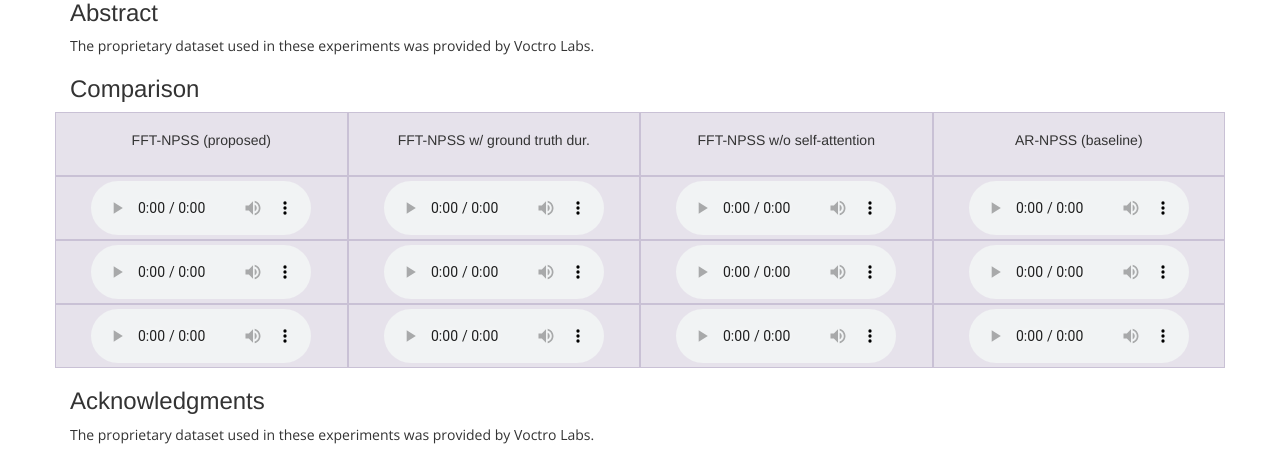
Repository: PeterGuoRuc/SVS_pe.github.io
Page: index.html
These files come from the project's save history. The page is drawn as it stood at one moment and after the next save; the edit follows.
The browser window is 1280 px wide. The pictures show the part of the page from y = 579 to 1114 px (the page is 1034 px tall before and 1114 px after).
A picture or video elsewhere on the page could not be fetched, so the positions and the page height are approximate.

Above is the page before, as saved 2021-06-06 16:34:32.

### index.html
<!DOCTYPE html>
<html lang="en">
  <head>
    <meta charset="utf-8">
    <meta http-equiv="X-UA-Compatible" content="IE=edge">
    <meta name="viewport" content="width=device-width, initial-scale=1">
    <meta name="description" content="">
    <meta name="author" content="">
    <link rel="shortcut icon" type="image/x-icon" href="../favicon.ico">

    <title>SEQUENCE-TO-SEQUENCE SINGING VOICE SYNTHESIS WITH PERCEPTUAL ENTROPY LOSS</title>

    <!-- Fonts -->
    <link href="https://fonts.googleapis.com/css?family=Abril+Fatface|Open+Sans" rel="stylesheet">

    <!-- Bootstrap core CSS -->
    <!--<link href="bootstrap/dist/css/bootstrap.min.css" rel="stylesheet">-->
    <link href="https://maxcdn.bootstrapcdn.com/bootstrap/3.3.7/css/bootstrap.min.css" rel="stylesheet">

    <!-- IE10 viewport hack for Surface/desktop Windows 8 bug -->
    <!--<link href="bootstrap/assets/css/ie10-viewport-bug-workaround.css" rel="stylesheet">-->
    <link href="https://maxcdn.bootstrapcdn.com/css/ie10-viewport-bug-workaround.css" rel="stylesheet">

    <!-- Custom styles for this template -->
    <link href="poster.css" rel="stylesheet">

    <!-- Just for debugging purposes. Don't actually copy these 2 lines! -->
    <!--[if lt IE 9]><script src="bootstrap/assets/js/ie8-responsive-file-warning.js"></script><![endif]-->
    <!--<script src="bootstrap/assets/js/ie-emulation-modes-warning.js"></script>-->

    <!-- HTML5 shim and Respond.js for IE8 support of HTML5 elements and media queries -->
    <!--[if lt IE 9]>
      <script src="https://oss.maxcdn.com/html5shiv/3.7.3/html5shiv.min.js"></script>
      <script src="https://oss.maxcdn.com/respond/1.4.2/respond.min.js"></script>
    <![endif]-->
  </head>

  <body>
    <div class="container">

      <div class="page-header">
        <h1>
          SEQUENCE-TO-SEQUENCE SINGING VOICE SYNTHESIS WITH PERCEPTUAL ENTROPY LOSS
        </h1>
        <p class="centered">Contact: {shuaiguo}</p>
        <p class="lead">
          <a class="lead_link" href="https://arxiv.org/abs/2010.12024">[arXiv preprint]</a>
        </p>
        <p class="centered">Presented at ICASSP 2021</p>
      </div>


      <center><img src="images/model_arch.png"/></center>

      <h3>Abstract</h3>
      <p>The proprietary dataset used in these experiments was provided by Voctro Labs.</p>

      <h3>Comparison</h3>
      <div class="row">
        <div class="col-md-3">FFT-NPSS (proposed)</div>
        <div class="col-md-3">FFT-NPSS w/ ground truth dur.</div>
        <div class="col-md-3">FFT-NPSS w/o self-attention</div>
        <div class="col-md-3">AR-NPSS (baseline)</div>
      </div>
      <div class="row">
        <div class="col-md-3"><audio src="files/1_Feel_4.mp3" controls></audio></div>
        <div class="col-md-3"><audio src="files/2_Feel_4.mp3" controls></audio></div>
        <div class="col-md-3"><audio src="files/3_Feel_4.mp3" controls></audio></div>
        <div class="col-md-3"><audio src="files/4_Feel_4.mp3" controls></audio></div>
      </div>
      <div class="row">
        <div class="col-md-3"><audio src="files/1_Feel_19.mp3" controls></audio></div>
        <div class="col-md-3"><audio src="files/2_Feel_19.mp3" controls></audio></div>
        <div class="col-md-3"><audio src="files/3_Feel_19.mp3" controls></audio></div>
        <div class="col-md-3"><audio src="files/4_Feel_19.mp3" controls></audio></div>
      </div>
      <div class="row">
        <div class="col-md-3"><audio src="files/1_Rio_8.mp3" controls></audio></div>
        <div class="col-md-3"><audio src="files/2_Rio_8.mp3" controls></audio></div>
        <div class="col-md-3"><audio src="files/3_Rio_8.mp3" controls></audio></div>
        <div class="col-md-3"><audio src="files/4_Rio_8.mp3" controls></audio></div>
      </div>

      <h3>Acknowledgments</h3>
      <p>The proprietary dataset used in these experiments was provided by Voctro Labs.</p>


    </div> <!-- /container -->


    <!-- IE10 viewport hack for Surface/desktop Windows 8 bug -->
    <!--<script src="bootstrap/assets/js/ie10-viewport-bug-workaround.js"></script>-->
    <script src="https://maxcdn.bootstrapcdn.com/js/ie10-viewport-bug-workaround.js"></script>
  </body>
</html>

### poster.css

p {
  font-family: 'Open Sans', sans-serif;
  margin: 10px 0 10px;
}

.lead_link {
  margin: 0 5px 0 5px;
}

.lead {
  text-align: center;
  margin-bottom: 0;
}

.centered {
  text-align: center;
}

.image_title {
  text-align: center;
}

img.figure {
  display: block;
  margin-left: auto;
  margin-right: auto;
  max-width: 100%;
}

h1 {
  /* font-family: 'Abril Fatface', cursive; */
  text-align: center;
}

h4 {
  margin-top: 25px;
}
.row {
  margin-bottom: 0px;
  position: relative;
}

/* vertically center audio players */
.row audio {
    position: absolute;
    top: 0;
    left: 0;
    bottom: 0;
    right: 0;
    margin: auto;
    display: block;
    width: 220px;
}

[class*="col-"] {
  padding-top: 17px;
  padding-bottom: 17px;
  background-color: #eee;
  background-color: rgba(86,61,124,.15);
  border: 1px solid #ddd;
  border: 1px solid rgba(86,61,124,.2);
  height: 64px;
  text-align: center;
}

hr {
  margin-top: 40px;
  margin-bottom: 40px;
}

After the next save:
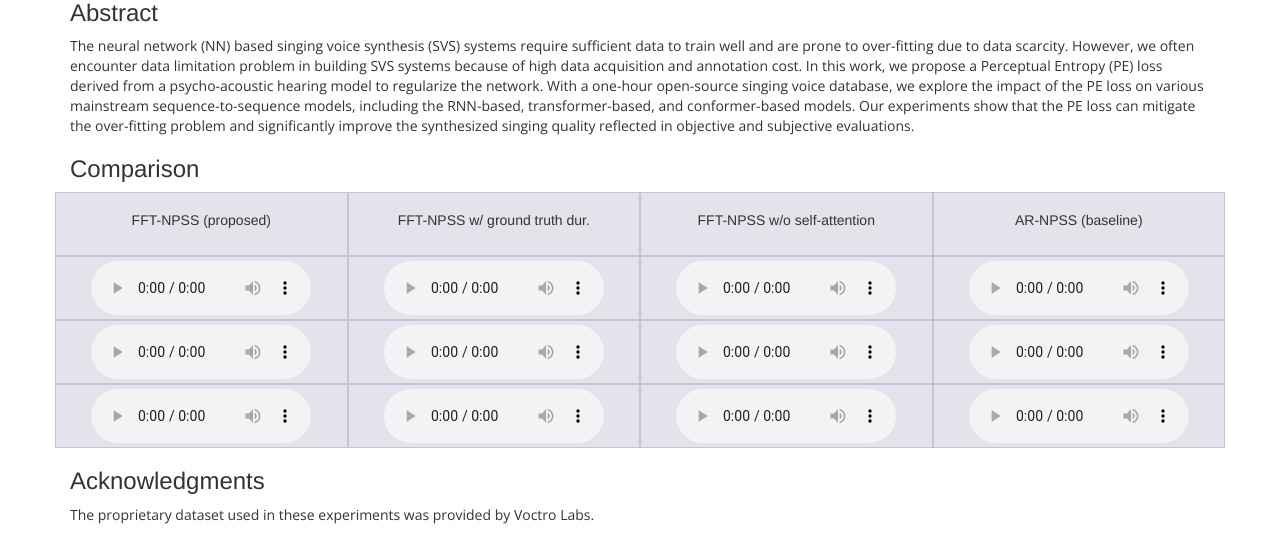
Saved 35 s later.
--- a/index.html
+++ b/index.html
@@ -53,7 +53,8 @@
       <center><img src="images/model_arch.png"/></center>
 
       <h3>Abstract</h3>
-      <p>The proprietary dataset used in these experiments was provided by Voctro Labs.</p>
+      <p>The neural network (NN) based singing voice synthesis (SVS) systems require sufficient data to train well and are prone to over-fitting due to data scarcity.
+        However, we often encounter data limitation problem in building SVS systems because of high data acquisition and annotation cost. In this work, we propose a Perceptual Entropy (PE) loss derived from a psycho-acoustic hearing model to regularize the network. With a one-hour open-source singing voice database, we explore the impact of the PE loss on various mainstream sequence-to-sequence models, including the RNN-based, transformer-based, and conformer-based models. Our experiments show that the PE loss can mitigate the over-fitting problem and significantly improve the synthesized singing quality reflected in objective and subjective evaluations.</p>
 
       <h3>Comparison</h3>
       <div class="row">
